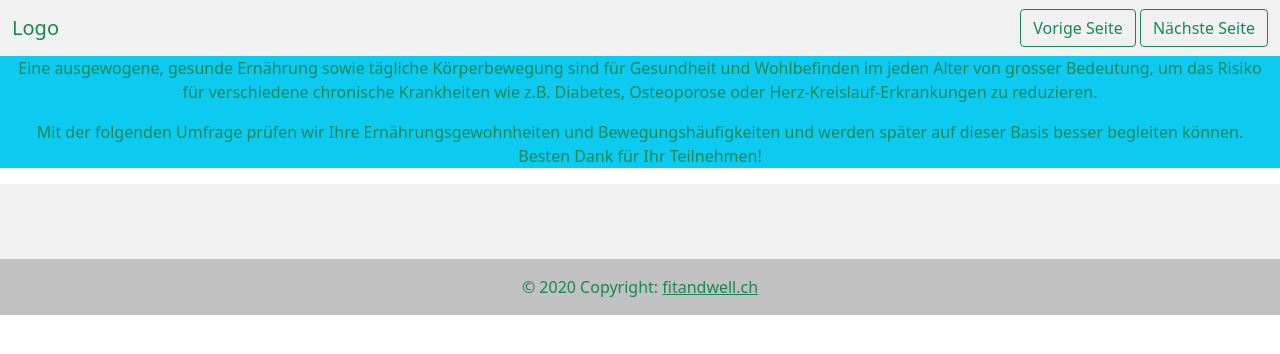
Repository: stephane71183101/Stephane-Personal-Health-Survey
Page: http://localhost/form-q01-start-page.php
An editor plug-in stored every save of this project. The page is shown before and after the next save, followed by the edit.
The browser window is 1280 px wide. The pictures show the whole page.
The page is run by PHP 8.4 with error messages shown; the project is at /var/www/html/.

Above is the page before, as saved 2022-03-15 15:46:48.

### form-q01-start-page.php
<!DOCTYPE html>
<html lang="en">
<head>
    <meta charset="UTF-8">
    <meta http-equiv="X-UA-Compatible" content="IE=edge">
    <meta name="viewport" content="width=device-width, initial-scale=1.0">
    <title>Document</title>
    <link href="https://cdn.jsdelivr.net/npm/bootstrap@5.1.3/dist/css/bootstrap.min.css" rel="stylesheet" integrity="sha384-1BmE4kWBq78iYhFldvKuhfTAU6auU8tT94WrHftjDbrCEXSU1oBoqyl2QvZ6jIW3" crossorigin="anonymous">
    <script src="https://cdn.jsdelivr.net/npm/bootstrap@5.1.3/dist/js/bootstrap.bundle.min.js" integrity="sha384-ka7Sk0Gln4gmtz2MlQnikT1wXgYsOg+OMhuP+IlRH9sENBO0LRn5q+8nbTov4+1p" crossorigin="anonymous"></script>
</head>

<header>
    <nav class="navbar navbar-expand-lg navbar-light" style="background-color: #f1f1f1">
    <div class="container-fluid">
        <a class="navbar-brand text-success" href="#">Logo</a>
        <div class="nav justify-content-end" id="navbarNav">
            <form class="d-flexme-2">
                <button class="btn btn-outline-success" type="submit">Vorige Seite</button>
                <button class="btn btn-outline-success" type="submit">Nächste Seite</button>
            </form>
        </div>
    </div>
    </nav>
</header>

<body>
    <div class="container-fluid text-center text-success bg-info">
    <p>Eine ausgewogene, gesunde Ernährung sowie tägliche Körperbewegung sind für Gesundheit und Wohlbefinden im jeden Alter von grosser Bedeutung, um das Risiko für verschiedene chronische Krankheiten wie z.B. Diabetes, Osteoporose oder Herz-Kreislauf-Erkrankungen zu reduzieren.</p>
    <p>Mit der folgenden Umfrage prüfen wir Ihre Ernährungsgewohnheiten und Bewegungshäufigkeiten und werden später auf dieser Basis besser begleiten können. Besten Dank für Ihr Teilnehmen!</p>
    </div>
<footer>
    <div class="text-center text-white" style="background-color: #f1f1f1;">
    <!-- Grid container -->
    <div class="container pt-4">
        <!-- Section: Social media -->
        <section class="mb-4">
        <!-- Facebook -->
        <a
            class="btn btn-link btn-floating btn-lg text-dark m-1"
            href="#"
            role="button"
            data-mdb-ripple-color="dark"
            ><i class="fab fa-facebook-f"></i
        ></a>

        <!-- Twitter -->
        <a
            class="btn btn-link btn-floating btn-lg text-dark m-1"
            href="#!"
            role="button"
            data-mdb-ripple-color="dark"
            ><i class="fab fa-twitter"></i
        ></a>

        <!-- Google -->
        <a
            class="btn btn-link btn-floating btn-lg text-dark m-1"
            href="#!"
            role="button"
            data-mdb-ripple-color="dark"
            ><i class="fab fa-google"></i
        ></a>

        <!-- Instagram -->
        <a
            class="btn btn-link btn-floating btn-lg text-dark m-1"
            href="#!"
            role="button"
            data-mdb-ripple-color="dark"
            ><i class="fab fa-instagram"></i
        ></a>

        <!-- Linkedin -->
        <a
            class="btn btn-link btn-floating btn-lg text-dark m-1"
            href="#!"
            role="button"
            data-mdb-ripple-color="dark"
            ><i class="fab fa-linkedin"></i
        ></a>
        <!-- Github -->
        <a
            class="btn btn-link btn-floating btn-lg text-dark m-1"
            href="#!"
            role="button"
            data-mdb-ripple-color="dark"
            ><i class="fab fa-github"></i
        ></a>
        </section>
        <!-- Section: Social media -->
    </div>
    <!-- Grid container -->

    <!-- Copyright -->
    <div class="text-center text-success p-3" style="background-color: rgba(0, 0, 0, 0.2);">
        © 2020 Copyright:
        <a class="text-success" href="#">fitandwell.ch</a>
    </div>
    <!-- Copyright -->
    </div>
</footer>
</body>

</html>

After the next save:
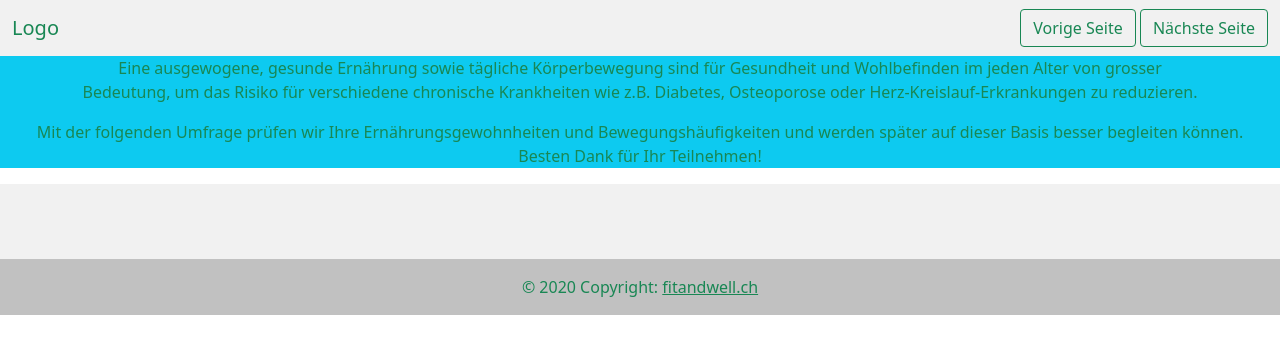
Saved 32 s later.
--- a/form-q01-start-page.php
+++ b/form-q01-start-page.php
@@ -25,7 +25,7 @@
 
 <body>
     <div class="container-fluid text-center text-success bg-info">
-    <p>Eine ausgewogene, gesunde Ernährung sowie tägliche Körperbewegung sind für Gesundheit und Wohlbefinden im jeden Alter von grosser Bedeutung, um das Risiko für verschiedene chronische Krankheiten wie z.B. Diabetes, Osteoporose oder Herz-Kreislauf-Erkrankungen zu reduzieren.</p>
+    <p class="container-sm">Eine ausgewogene, gesunde Ernährung sowie tägliche Körperbewegung sind für Gesundheit und Wohlbefinden im jeden Alter von grosser Bedeutung, um das Risiko für verschiedene chronische Krankheiten wie z.B. Diabetes, Osteoporose oder Herz-Kreislauf-Erkrankungen zu reduzieren.</p>
     <p>Mit der folgenden Umfrage prüfen wir Ihre Ernährungsgewohnheiten und Bewegungshäufigkeiten und werden später auf dieser Basis besser begleiten können. Besten Dank für Ihr Teilnehmen!</p>
     </div>
 <footer>
